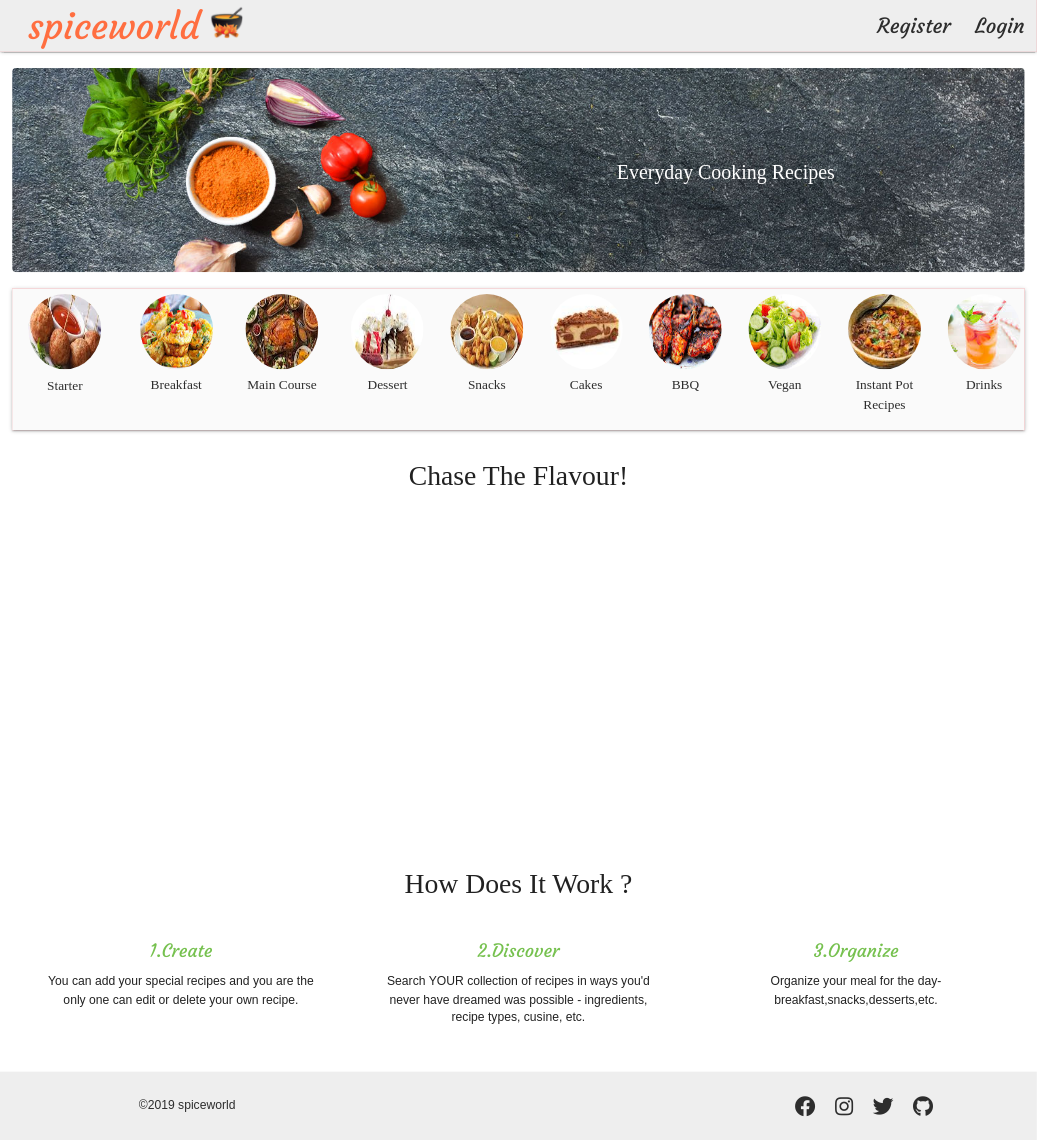
Repository: stephyraju/spiceworld
Page: http://localhost/
The author's editor kept a record of every edit. The page is drawn from the files as they stood at one moment, then again after the next edit.
The browser window is 1280 px wide. The pictures show the whole page, at 81% of full size.
Some web libraries are served in a nearby version. The page is served by the project's application, run on Flask 3 (app.py). Queries for data that is not in the repository find no rows.

Above is the page before.
Console error: TypeError: Cannot read properties of undefined (reading 'clientWidth')

### templates/index.html
{% extends 'base.html'%} {% block content %}
<!-- Title image -->
<section class="title-container section-container">
    <img class="responsive-img" src="{{ url_for('static', filename='images/titleimg.jpg') }}" alt="title image">
    <div class="intro-content">
        <h5>Everyday Cooking Recipes</h5>
    </div>
</section>

<!-- Subnav-Category -->
<section class="category-container section-container">
    <nav>
        <div class="nav-wrapper grey lighten-5 subnav-filters">
            <ul class="menu-list center">
                <li>
                    <a href="{{ url_for('get_starter') }}">
        <img class="subnav-img" src="{{ url_for('static', filename='images/starter.jpeg') }}" alt="Starter"></a>
                    <a href="{{ url_for('get_starter') }}">Starter</a>
                </li>
                <li>
                    <img class="subnav-img" src="{{ url_for('static', filename='images/bf.jpeg') }}" alt="Breakfast">
                    <a href="{{ url_for('get_breakfast') }}">Breakfast</a>
                </li>
                <li>
                    <img class="subnav-img" src="{{ url_for('static', filename='images/main.jpeg') }}" alt="Main Course">
                    <a href="{{ url_for('get_main') }}">Main Course</a>
                </li>
                <li>
                    <img class="subnav-img" src="{{ url_for('static', filename='images/dessert.jpeg') }}" alt="Dessert">
                    <a href="{{ url_for('get_dessert') }}">Dessert</a>
                </li>
                <li>
                    <img class="subnav-img" src="{{ url_for('static', filename='images/snacks.jpeg') }}" alt="Snacks">
                    <a href="{{ url_for('get_snacks') }}">Snacks</a>
                </li>
                <li>
                    <img class="subnav-img" src="{{ url_for('static', filename='images/cakes.jpeg') }}" alt="Cakes">
                    <a href="{{ url_for('get_cakes') }}">Cakes</a>
                </li>
                <li>
                    <img class="subnav-img" src="{{ url_for('static', filename='images/bbq.jpeg') }}" alt="BBQ">
                    <a href="{{ url_for('get_bbq') }}">BBQ</a>
                </li>
                <li>
                    <img class="subnav-img" src="{{ url_for('static', filename='images/vegan.jpeg') }}" alt="VeganRecipes">
                    <a href="{{ url_for('get_vegan') }}">Vegan</a>
                </li>
                <li>
                    <img class="subnav-img" src="{{ url_for('static', filename='images/instant.jpeg') }}" alt="Instant Pot Recipes">
                    <a href="{{ url_for('get_instant') }}">Instant Pot<br> Recipes</a>
                </li>
                <li>
                    <img class="subnav-img" src="{{ url_for('static', filename='images/drinks.jpeg') }}" alt="Drinks">
                    <a href="{{ url_for('get_drinks') }}">Drinks</a>
                </li>
            </ul>
        </div>
    </nav>

    <!--
   <nav>
    <div class="nav-wrapper transparent subnav-filters">
      <ul class="center hide-on-med-and-down">
        <li>
        <img class="subnav-img" src="{{ url_for('static', filename='images/starter.jpeg') }}" alt="Starter">
        <a href="{{ url_for('get_starter') }}">Starter</a>
        </li>
        <li><a href="badges.html">Components</a></li>
        <li><a href="collapsible.html">JavaScript</a></li>
      </ul>
    </div>
  </nav>
  -->
</section>
<!-- Carosal-Display -->
<section class="carosal-section">
        <div class="col s12 carousel-display ">
        <h4 class="center">Chase The Flavour!</h4>
            <div class="carousel">
                {% for recipe in recipes%}
                <div class="carousel-item">
                    <div class="row">
                        <div class="col s12">
                            <a href="{{url_for('view_recipe', recipe_id=recipe._id)}}">
                                {% if recipe.image_url %}
                                <img class="responsive-img"
                                    src="{{recipe.image_url}}">
                                {% else %}
                                <img class="img-carousel" src="{{url_for('static', filename='img/default.jpg')}}">
                                {% endif %}
                            </a>
                        </div>
                    </div>
                    <div class="row recipe-name">
                        <div class="col s12 center-align">
                        <h6 class="teal-text">{{recipe.recipe_name}}</h6>
                            <p class="grey-text"> Views: <span class="teal-text">{{recipe.views}}</span> Likes: <span class="teal-text">{{recipe.likes}}</span></p>
                        </div>
                    </div>
                </div>
                {% endfor %}
            </div>
        </div>
    </section>

<!-- Description -->
<section class="section-container div-description">
    <div class="row cells center">
        <div class="col s12">
            <h4> How Does It Work ?</h3>
        </div>
        <div class="col s12 m4 content">
            <h5>1.Create</h5>
            <p>You can add your special recipes and you are the only one can edit or delete your own recipe.</p>
        </div>
        <div class="col s12 m4 content">
            <h5>2.Discover</h5>
            <p>Search YOUR collection of recipes in ways you'd never have dreamed was possible - ingredients, recipe types, cusine, etc. </p>
        </div>
        <div class="col s12 m4 content">
            <h5>3.Organize</h5>
            <p>Organize your meal for the day-breakfast,snacks,desserts,etc. </p>
        </div>
    </div>
</section>

{% endblock %}

### templates/base.html
<!DOCTYPE html>
<html lang="en">

<head>
  <meta charset="UTF-8">
  <meta name="viewport" content="width=device-width, initial-scale=1.0">
  <meta http-equiv="X-UA-Compatible" content="ie=edge">
  <title>spiceworld</title>

  <!--Import Google Icon Font-->
  <link href="https://fonts.googleapis.com/icon?family=Material+Icons" rel="stylesheet">
  <!--Font Awesome-->
  <link rel="stylesheet" href="https://use.fontawesome.com/releases/v5.8.2/css/all.css" integrity="sha384-oS3vJWv+0UjzBfQzYUhtDYW+Pj2yciDJxpsK1OYPAYjqT085Qq/1cq5FLXAZQ7Ay" crossorigin="anonymous">
  <!--Materialize CSS-->
  <link rel="stylesheet" href="https://cdnjs.cloudflare.com/ajax/libs/materialize/1.0.0/css/materialize.min.css">
  <!--CSS-->
  <link rel="stylesheet" href="{{ url_for('static', filename='css/style.css')}}" type="text/css" />

</head>

<body>

  <!--Header-->
  <header class="navbar-fixed">
    <nav>
      <div class="nav-wrapper grey lighten-3">
        <a href="#" class="brand-logo">spiceworld <img class="hide-on-med-and-down" src="{{ url_for('static', filename='images/logo.png') }}"></a>
        <a href="#" data-target="mobile-sidenav" class="sidenav-trigger"><i class="fas fa-bars"></i></a>
        <ul id="nav-mobile" class="right hide-on-med-and-down">
        {% if 'username' in session %}
          <li><a href="{{ url_for('index') }}">Home</a></li>
          <li><a href="{{ url_for('get_recipes') }}">Recipes</a></li>

          <li><a href="{{ url_for('add_recipe') }}">Add Recipes</a></li>
          {% endif %}
          {% if 'username' in session %}
          <li><a href="{{url_for('logout')}}">Logout</a></li>
          {% else %}
           <li><a href="{{url_for('register')}}">Register</a></li>
          <li><a href="{{url_for('login')}}">Login</a></li>
          {% endif %}
        </ul>
      </div>
    </nav>
  </header>
  <!--Sidenav-->
  <ul class="sidenav" id="mobile-sidenav">
    <img class="responsive-img" src="{{ url_for('static', filename='images/sidenav.png') }}" alt="spices-image">

          {% if 'username' in session %}
          <li><a href="{{ url_for('index') }}"><i class="material-icons">home</i>Home</a></li>
          <li><a href="{{ url_for('get_recipes') }}"><i class="material-icons">search</i>Recipes</a></li>
          <li><a href="{{ url_for('add_recipe') }}"><i class="material-icons">add_box</i>Add Recipes</a></li>
          <li><a href="{{url_for('logout')}}"><i class="material-icons">person_outline</i>Logout</a></li>
          {% else %}
          <li><a href="{{ url_for('index') }}"><i class="material-icons">home</i>Home</a></li>
          <li><a href="{{ url_for('get_recipes') }}"><i class="material-icons">search</i>Recipes</a></li>
          <li><a href="{{url_for('register')}}"><i class="material-icons">person_add</i>Register</a></li>
          <li><a href="{{url_for('login')}}"><i class="material-icons">account_box</i>Login</a></li>
          {% endif %}
  </ul>

  <main>
    {% block content %}
    {% endblock %}
  </main>

  <footer class="page-footer grey lighten-3">

     <div class="row footer-content">
        <div class="col s5 m6">
          <div class="copyright">&copy;2019 spiceworld</div>
        </div>
        <div class="col s7 m3">
                    <a href="https://www.facebook.com/" target="_blank"><i class="fab fa-facebook social-icon"></i></a>
                    <a href="https://www.instagram.com/" target="_blank"><i class="fab fa-instagram social-icon"></i></a>
                    <a href="https://www.twitter.com/" target="_blank"><i class="fab fa-twitter social-icon"></i></a>
                    <a href="https://github.com/stephyraju" target="_blank"><i class="fab fa-github social-icon"></i></a>
        </div>

      </div>

  </footer>

  <script src="https://code.jquery.com/jquery-3.4.0.slim.js" integrity="sha256-milezx5lakrZu0OP9b2QWFy1ft/UEUK6NH1Jqz8hUhQ=" crossorigin="anonymous"></script>
  <script src="https://cdnjs.cloudflare.com/ajax/libs/materialize/1.0.0/js/materialize.min.js"></script>
  <script src="{{ url_for('static', filename='js/main.js') }}"></script>
</body>

</html>

### static/css/style.css
@import url('https://fonts.googleapis.com/css?family=Courgette&display=swap');

body {
  font-family: 'ProximaNova Regular', sans-serif;
  display: flex;
  flex-direction: column;
  min-height: 100vh;
  overflow-x: hidden;
}
main {
    flex: 1 0 auto;
  }

.section-container {
  max-width: 100%;
  margin-left: auto;
  margin-right: auto;
  padding-left: 15px;
  padding-right: 15px;
  border-radius: 5px;
}

/* -------- Nav Bar ----------*/

nav {
  font-family: 'Courgette', 'sans-serif';
}

nav .brand-logo {
  color: #ff6e40;
  font-size: 3rem;
  font-family: 'Courgette', 'cursive', 'sans-serif';
  -webkit-transition: 0.2s;
  -o-transition: 0.2s;
  transition: 0.2s;
}

@media screen and (min-width: 993px) {
  nav .brand-logo {
    margin-left: 2.3rem;
  }
}

nav ul a {
  color: #2d2d2d;
  font-size: 1.7rem;
  font-family: 'Courgette', 'sans-serif';
}

nav ul a:hover,
nav ul .active {
  color: #76c14f;
}

.fa-bars {
  color: #ff6e40;
}

h4,
h5 {
  font-family: 'Muli', 'sans-serif';
}

/*--------Title----------*/

.title-container {
  position: relative;
  text-align: center;
  color: white;
  width: 100%;
  margin-top: 20px;
}

.title-container img {
  display: block;
  width: 100%;
  height: 35vh;
  object-fit: cover;
  border-radius: 5px;
}

.intro-content {
  position: absolute;
  top: 50%;
  left: 70%;
  transform: translate(-50%, -50%);
}

/*--------Subnav-Category---------*/

.category-container {
  font-size: 1.2rem;
  margin-top: 20px;
  height: 150px;
}

.subnav-img {
  border-radius: 50%;
  width: 100px;
  height: 100px;
  padding-top: 7px;
  padding-left: 5px;
  padding-right: 5px;
}

.category-container .menu-list {
  display: flex;
  justify-content: space-between;
}

.category-container nav ul a {
  color: #2d2d2d;
  font-size: 1.1rem;
  font-family: 'Muli', 'sans-serif';
}

.menu-list {
  overflow-y: scroll;
}

@media only screen and (min-width: 601px) {
  .catergory-container nav,
  nav .nav-wrapper i {
    height: 164px;
    line-height: 25px;
  }
}

@media only screen and (min-width:320px) {
  .category-container nav,
  nav .nav-wrapper i{
    height: 175px;
    line-height: 25px;
  }
}
/*-----carousel slider----- */

.carousel-display h4 {
  padding-top: 40px;
}

.carousel .carousel-item {
  width: 300px;
  height: 350px;
}

.img-carousel {
  width: 200px;
  box-shadow: 2px 2px 12px #3f1e09;
}

.carousel .recipe-name {
  visibility: hidden;
}

.carousel .active .recipe-name {
  visibility: visible;
}

/*--------Description---------*/
.cells {
  padding-top:30px;
}
.cells h4 {
  font-family: 'Muli', 'sans-serif';
}

.cells h5 {
  color: #76c14f;
  font-size: 1.5rem;
  font-family: 'Courgette', sans-serif;
}

p {
  padding-left: 30px;
  padding-right: 30px;
}

.content {
  margin-top: 20px;
  margin-bottom: 20px;
}


/*--------Recipes---------*/

.recipe-card .card .card-image img {
  display: block;
  position: relative;
  width: 100%;
  height: 200px;
}

.recipe-card .card-content {
  height: 150px;
}

.card-label {
  position: absolute;
  font-size: 0.8rem;
  top:10px;
  right: 10px;
  margin-top: 7px;
  padding: 2px 8px;
  border: 1px;
  color: white !important;
  background-color: #00528b;
  text-transform: uppercase;
  z-index: 1;
}
.cat-name{
   display: block;
}
/*--------View Recipe---------*/

.icon-color {
  color: rgb(109, 174, 177);
}

.recipe-view .card {
  background-color: #fcf4ec;
}

.preparation ol li {
  padding: 0px 15px 15px 15px;
}

.ingredients ul li {
  padding: 0px 15px 15px 15px;
  list-style-type: square;
}
.like-dis {
  display: inline-flex;
  align-items: center;
  color: #000000;
  padding-right: .5rem;
}
.stat-icon {
  padding-left: .5px;
  padding-top:10px;
}


/*--------Footer---------*/

.page-footer i {
  color: #2d2d2d;
}

.page-footer i:hover {
  color: #ff6e40;
}

.page-footer {
  min-height: 45px;
}

.footer-content {
  display: flex;
  color: #2d2d2d;
}

.copyright {
  padding-top: 10px;
}

.social-icon {
  margin: 10px;
  color: white;
  font-size: 1.7rem;
}

Loaded but not shown: static/js/main.js (47 lines, source omitted); app.py (302 lines, source omitted)

After the next edit:
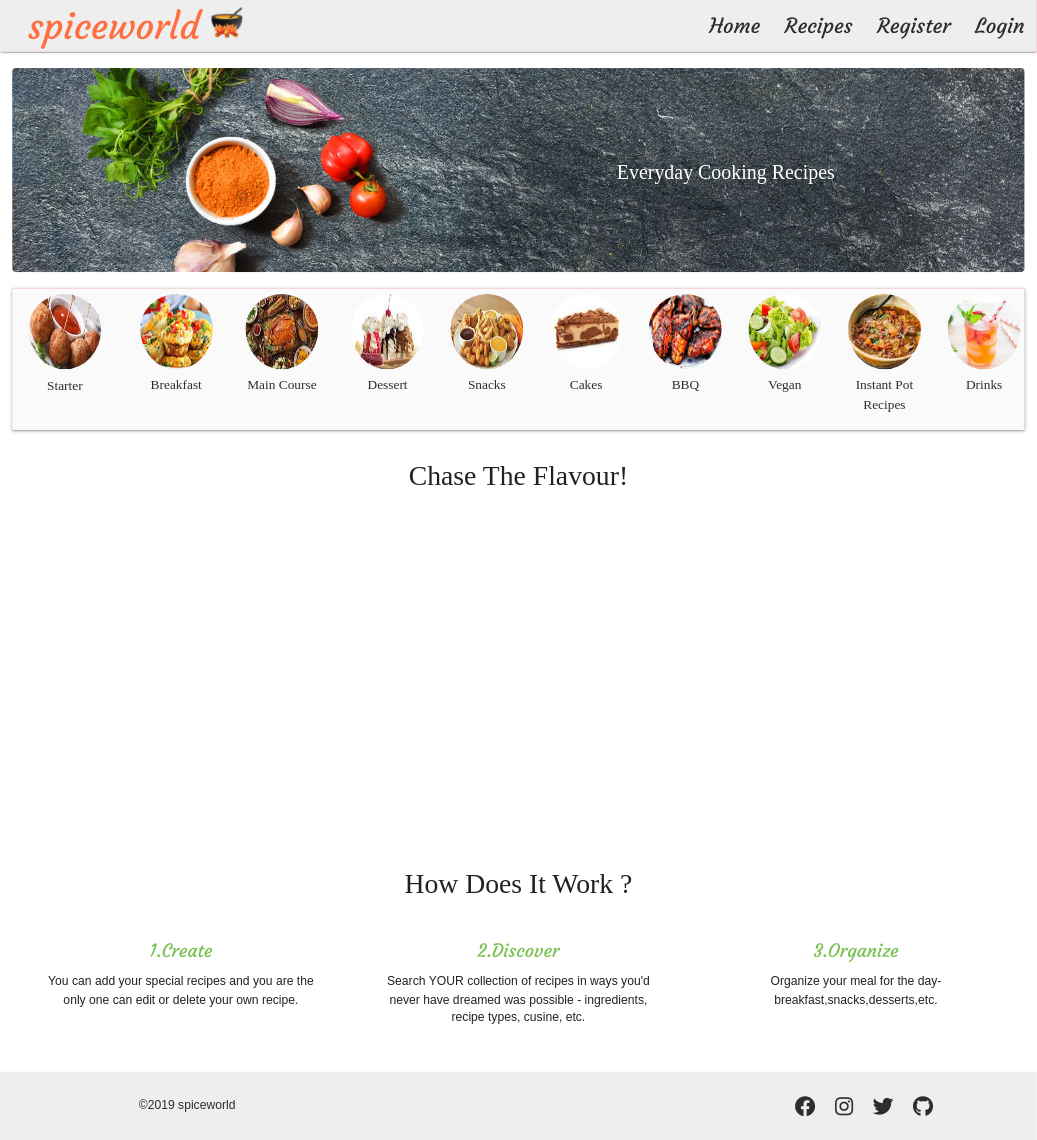
The edit:
--- a/templates/base.html
+++ b/templates/base.html
@@ -30,12 +30,11 @@
         {% if 'username' in session %}
           <li><a href="{{ url_for('index') }}">Home</a></li>
           <li><a href="{{ url_for('get_recipes') }}">Recipes</a></li>
-
           <li><a href="{{ url_for('add_recipe') }}">Add Recipes</a></li>
-          {% endif %}
-          {% if 'username' in session %}
           <li><a href="{{url_for('logout')}}">Logout</a></li>
           {% else %}
+          <li><a href="{{ url_for('index') }}">Home</a></li>
+          <li><a href="{{ url_for('get_recipes') }}">Recipes</a></li>
            <li><a href="{{url_for('register')}}">Register</a></li>
           <li><a href="{{url_for('login')}}">Login</a></li>
           {% endif %}
